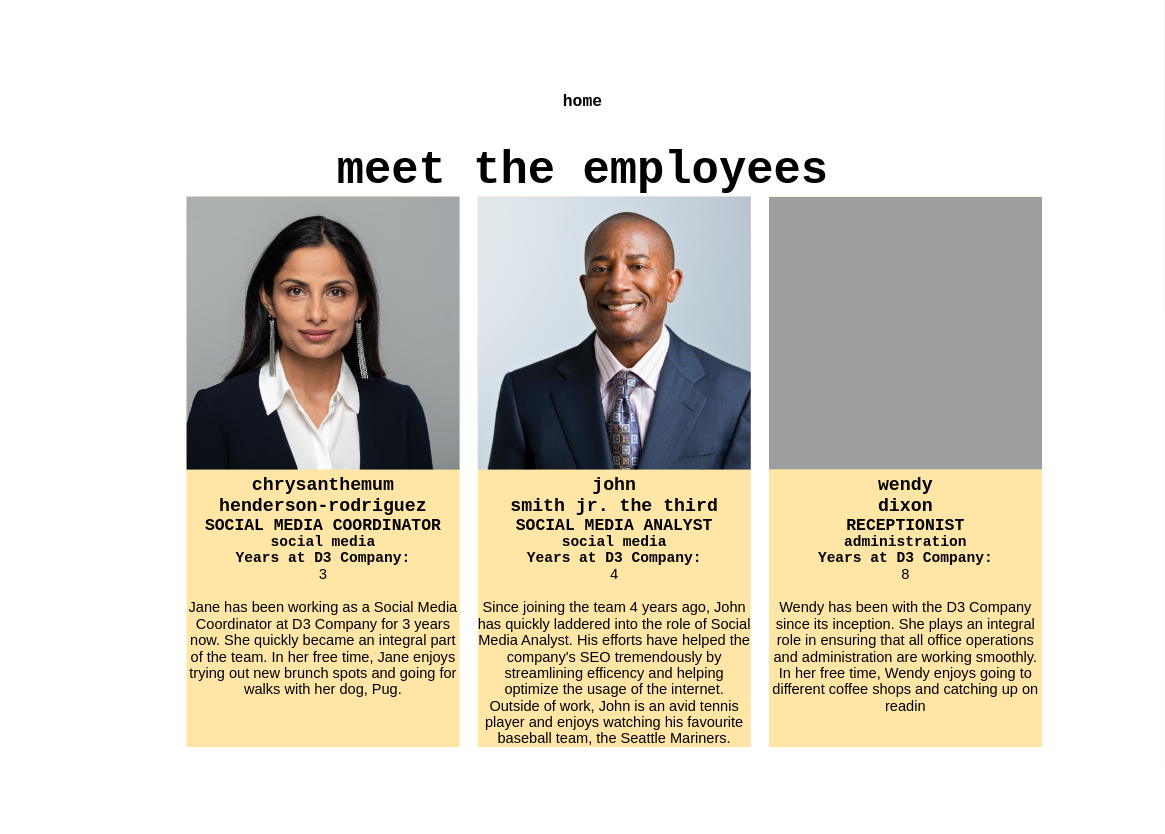
Repository: cheungglenda/MDIA2109-Week3
Page: /about
The author's editor kept a copy of each file at every save. The page is drawn from the files as they stood at one save, then again after the next save.
The browser window is 1280 px wide. The pictures show the whole page, at 91% of full size.
Pictures or frames that could not be fetched are drawn as grey boxes. The project was rebuilt for these pictures with package versions that can differ from the ones it lists, and the page was loaded fresh each time. The framework's server and built-in components were replaced by stand-ins that run in the browser. Also part of the build but not shown: next.config.js.

Above is the page before, as saved 2023-01-20 12:31:08.

### pages/about.js
import Head from 'next/head'
import { Inter } from '@next/font/google'
import styles from '@/styles/Home.module.css'
import aboutData from '../data/about.json'
import { useState } from 'react'
import EmployeeCard  from '../components/EmployeeCard'
import Link from 'next/link'

export default function About() {

    const [aboutEmployees, setAboutEmployees] = useState([...aboutData])
    console.log(aboutData)
    return (
   <>
      <Head>
        <title>About Page</title>
        <meta name="description" content="Meet the Employees" />
        <meta name="viewport" content="width=device-width, initial-scale=1" />
        <link rel="icon" href="/favicon.ico" />
      </Head>
      <main className={styles.main}>
      <Link href="/" className={styles.links}>Home</Link>

      <div className={styles.meetTitle}>Meet the Employees</div>

        <div className={styles.grid}>
          <div className={styles.employees}>
          {aboutEmployees && aboutEmployees.map((info, index) => {
            if(info.firstName.toLowerCase() === "chrysanthemum") {
            return (
              <EmployeeCard
              key={index}
              firstname={info.firstName}
              lastname={info.lastName}
              jobtitle={info.jobTitle}
              department={info.department}
              yearsworked={info.yearsWorked}
              description={info.description}
              color="#FFE6A7" font="16px"/>
            )
          }
          })}

          {aboutEmployees && aboutEmployees.map((info, index) => {
            if(info.firstName.toLowerCase() === "john") {
            return (
              <EmployeeCard
              key={index}
              firstname={info.firstName}
              lastname={info.lastName}
              jobtitle={info.jobTitle}
              department={info.department}
              yearsworked={info.yearsWorked}
              description={info.description}
              color="#FFE6A7" font="16px"/>
            )
          }
          })}

          {aboutEmployees && aboutEmployees.map((info, index) => {
            if(info.firstName.toLowerCase() === "wendy") {
            return (
              <EmployeeCard
              key={index}
              firstname={info.firstName}
              lastname={info.lastName}
              jobtitle={info.jobTitle}
              department={info.department}
              yearsworked={info.yearsWorked}
              description={info.description}
              color="#FFE6A7" font="16px"/>
            )
          }
          })}
          </div>
        </div>
      </main>
    </>
  )
}

### styles/Home.module.css
.main {
  display: flex;
  flex-direction: column;
  justify-content: space-between;
  align-items: center;
  padding: 6rem;
  font-family:arial;
  min-height: 100vh;
  background-color: rgb(255, 255, 255);
}

.links {
  display: flex;
  padding-top:5px;
  margin-bottom:3%;
  justify-content: center;
  align-items: center;
  font-size: 18px;
  max-width: var(--max-width);
  width: 100%;
  font-weight:900;
  font-family: 'Courier New', Courier, monospace;
  text-transform:lowercase;
  padding-bottom:5px;
}

.description {
  display: inherit;
  justify-content: inherit;
  align-items: inherit;
  font-size: 15px;
  max-width: var(--max-width);
  width: 100%;
  font-family: var(--font-mono);
}

.description a {
  display: flex;
  justify-content: center;
  align-items: center;
  gap: 0.5rem;
}

.description p {
  position: relative;
  margin: 0;
  padding: 1rem;
  background-color: rgba(var(--callout-rgb), 0.5);
  border: 1px solid rgba(var(--callout-border-rgb), 0.3);
  border-radius: var(--border-radius);
}

.code {
  font-weight: 700;
  font-family: var(--font-mono);
}

.meetTitle {
  font-size: 50px;
  font-weight:700;
  text-transform:lowercase;
  font-family:'Courier New', Courier, monospace;
  text-align:center;
}

.grid {
  display: flex;
  justify-content:center;
  width: var(--max-width);
  max-width: 100%;
  align-items:center;
  flex: 1;
}

.card {
  padding: 1rem 1.2rem;
  border-radius: var(--border-radius);
  background: rgba(var(--card-rgb), 0);
  border: 1px solid rgba(var(--card-border-rgb), 0);
  transition: background 200ms, border 200ms;
}

.card span {
  display: inline-block;
  transition: transform 200ms;
}

.info {
  font-family:Arial, Helvetica, sans-serif;
}

.card h2 {
  font-weight: 600;
  margin-bottom: 0.7rem;
}

.card p {
  margin: 0;
  opacity: 0.6;
  font-size: 0.9rem;
  line-height: 1.5;
  max-width: 30ch;
}


.employees {
  display:flex;
  gap:20px;
  width: 80%;
  text-align:center;
  font-family:'Courier New', Courier, monospace;
}

.center {
  display: flex;
  justify-content: center;
  align-items: center;
  position: relative;
  padding: 4rem 0;
}

.center::before {
  background: var(--secondary-glow);
  border-radius: 50%;
  width: 480px;
  height: 360px;
  margin-left: -400px;
}

.center::after {
  background: var(--primary-glow);
  width: 240px;
  height: 180px;
  z-index: -1;
}

.center::before,
.center::after {
  content: '';
  left: 50%;
  position: absolute;
  filter: blur(45px);
  transform: translateZ(0);
}

.logo,
.thirteen {
  position: relative;
}

.thirteen {
  display: flex;
  justify-content: center;
  align-items: center;
  width: 75px;
  height: 75px;
  padding: 25px 10px;
  margin-left: 16px;
  transform: translateZ(0);
  border-radius: var(--border-radius);
  overflow: hidden;
  box-shadow: 0px 2px 8px -1px #0000001a;
}

.thirteen::before,
.thirteen::after {
  content: '';
  position: absolute;
  z-index: -1;
}

/* Conic Gradient Animation */
.thirteen::before {
  animation: 6s rotate linear infinite;
  width: 200%;
  height: 200%;
  background: var(--tile-border);
}

/* Inner Square */
.thirteen::after {
  inset: 0;
  padding: 1px;
  border-radius: var(--border-radius);
  background: linear-gradient(
    to bottom right,
    rgba(var(--tile-start-rgb), 1),
    rgba(var(--tile-end-rgb), 1)
  );
  background-clip: content-box;
}

/* Enable hover only on non-touch devices */
@media (hover: hover) and (pointer: fine) {
  .card:hover {
    background: rgba(var(--card-rgb), 0.1);
    border: 1px solid rgba(var(--card-border-rgb), 0.15);
  }

  .card:hover span {
    transform: translateX(4px);
  }
}

@media (prefers-reduced-motion) {
  .thirteen::before {
    animation: none;
  }

  .card:hover span {
    transform: none;
  }
}

/* Mobile */
@media (max-width: 700px) {
  .content {
    padding: 4rem;
  }

  .grid {
    grid-template-columns: 1fr;
    margin-bottom: 120px;
    max-width: 320px;
    text-align: center;
  }

  .card {
    padding: 1rem 2.5rem;
  }

  .card h2 {
    margin-bottom: 0.5rem;
  }

  .center {
    padding: 8rem 0 6rem;
  }

  .center::before {
    transform: none;
    height: 300px;
  }

  .description {
    font-size: 0.8rem;
  }

  .description a {
    padding: 1rem;
  }

  .description p,
  .description div {
    display: flex;
    justify-content: center;
    position: fixed;
    width: 100%;
  }

  .description p {
    align-items: center;
    inset: 0 0 auto;
    padding: 2rem 1rem 1.4rem;
    border-radius: 0;
    border: none;
    border-bottom: 1px solid rgba(var(--callout-border-rgb), 0.25);
    background: linear-gradient(
      to bottom,
      rgba(var(--background-start-rgb), 1),
      rgba(var(--callout-rgb), 0.5)
    );
    background-clip: padding-box;
    backdrop-filter: blur(24px);
  }

  .description div {
    align-items: flex-end;
    pointer-events: none;
    inset: auto 0 0;
    padding: 2rem;
    height: 200px;
    background: linear-gradient(
      to bottom,
      transparent 0%,
      rgb(var(--background-end-rgb)) 40%
    );
    z-index: 1;
  }
}

/* Tablet and Smaller Desktop */
@media (min-width: 701px) and (max-width: 1120px) {
  .grid {
    grid-template-columns: repeat(2, 50%);
  }
}

@media (prefers-color-scheme: dark) {
  .vercelLogo {
    filter: invert(1);
  }

  .logo,
  .thirteen img {
    filter: invert(1) drop-shadow(0 0 0.3rem #ffffff70);
  }
}

@keyframes rotate {
  from {
    transform: rotate(360deg);
  }
  to {
    transform: rotate(0deg);
  }
}

### data/about.json
[
    {
        "firstName": "Chrysanthemum",
        "lastName": "Henderson-Rodriguez",
        "department": "Social Media",
        "jobTitle": "Social Media Coordinator",
        "yearsWorked": 3,
        "description": "Jane has been working as a Social Media Coordinator at D3 Company for 3 years now. She quickly became an integral part of the team. In her free time, Jane enjoys trying out new brunch spots and going for walks with her dog, Pug."
    },
    {
        "firstName": "John",
        "lastName": "Smith Jr. the Third",
        "department": "Social Media",
        "jobTitle": "Social Media Analyst",
        "yearsWorked": 4,
        "description": "Since joining the team 4 years ago, John has quickly laddered into the role of Social Media Analyst. His efforts have helped the company's SEO tremendously by streamlining efficency and helping optimize the usage of the internet. Outside of work, John is an avid tennis player and enjoys watching his favourite baseball team, the Seattle Mariners."

    },
    {
        "firstName": "Wendy",
        "lastName": "Dixon",
        "department": "Administration",
        "jobTitle": "Receptionist",
        "yearsWorked": 8,
        "description": "Wendy has been with the D3 Company since its inception. She plays an integral role in ensuring that all office operations and administration are working smoothly. In her free time, Wendy enjoys going to different coffee shops and catching up on readin"

    }
]

### components/EmployeeCard/index.js
export default function EmployeeCard({
    firstname = "none",
    lastname = "none",
    department = "none",
    jobtitle = "none",
    yearsworked = 0,
    description = "none",
    color = "pink",
    font = "O",
    image = "icon/personTwo.png"
}) {
    return (
        <div style={{backgroundColor: color, fontSize: 16}}>
            {
                firstname === "Chrysanthemum" ? <img style={{objectFit: "cover"}} src={'headshots/photo3.jpeg'} width="300" height="300"/> :
                firstname === "John" ? <img style={{objectFit: "cover"}} src={'headshots/photo1.jpeg'} width="300" height="300"/> :
                firstname === "Wendy" ? <img style={{objectFit: "cover"}} src={'headshots/photo2.jpeg'} width="300" height="300"/> :
                <img src={image} width="300"/>
            }

            <h1 style={{textTransform: "lowercase", fontSize: 20}}>{firstname}</h1>
            <h1 style={{textTransform: "lowercase", fontSize: 20}}>{lastname}</h1>
            <h2 style={{fontFamily:"'Courier New', Courier, monospace", textTransform: "uppercase", fontSize: 18}}>{jobtitle}</h2>
            <h3 style={{fontFamily:"'Courier New', Courier, monospace", textTransform: "lowercase", fontSize: 16, fontweight:500}}>{department}</h3>
            <h4 style={{}}>Years at D3 Company:</h4>{yearsworked}<br></br><br></br>
            <p style={{fontFamily: "Arial, Helvetica, sans-serif"}}>{description}</p>
        </div>
    )
}

Loaded but not shown: pages/_app.js (common file); pages/_document.js (common file); styles/globals.css (common file)

After the next save:
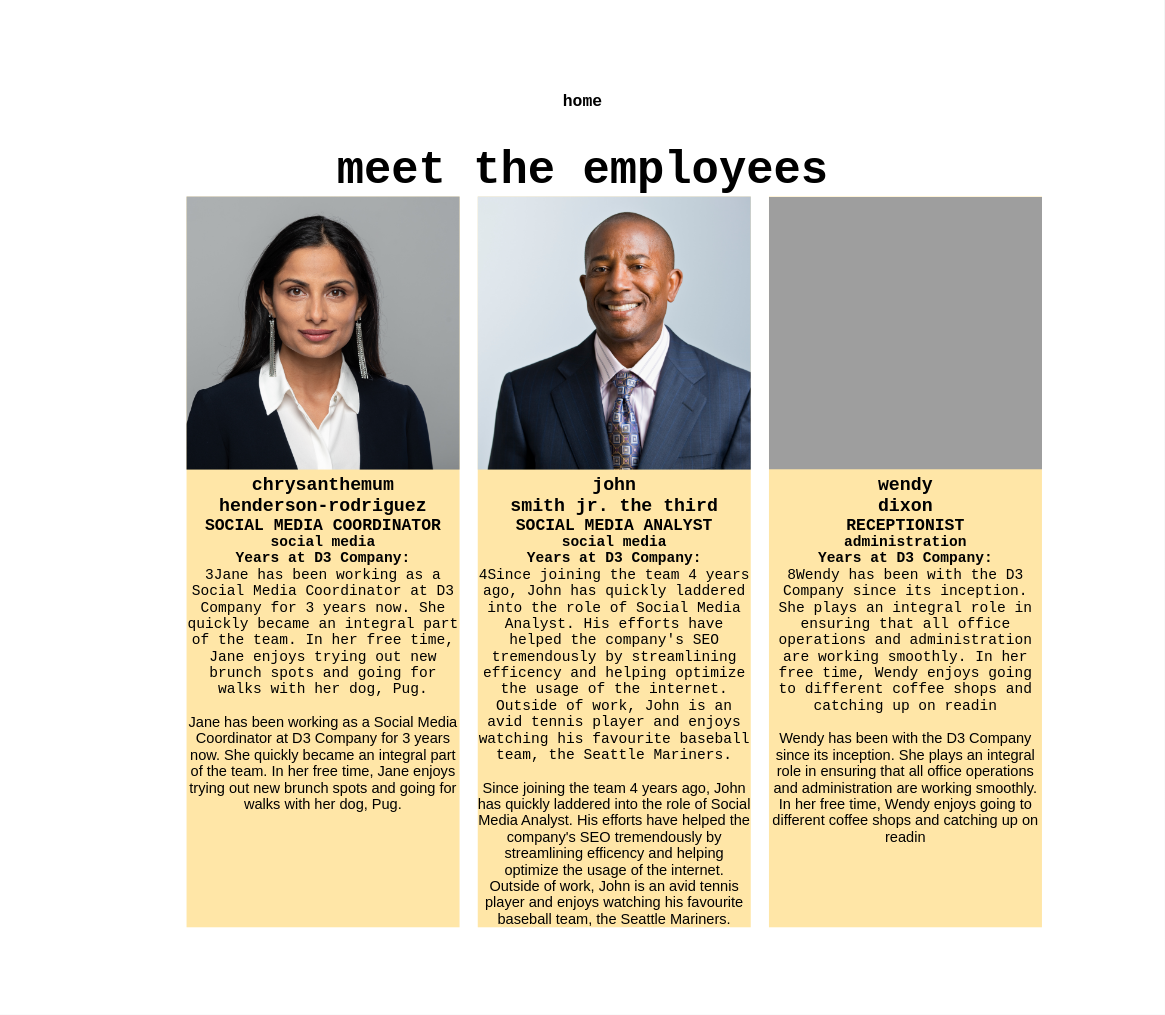
Saved 2 min 38 s later.
--- a/components/EmployeeCard/index.js
+++ b/components/EmployeeCard/index.js
@@ -22,7 +22,7 @@
             <h1 style={{textTransform: "lowercase", fontSize: 20}}>{lastname}</h1>
             <h2 style={{fontFamily:"'Courier New', Courier, monospace", textTransform: "uppercase", fontSize: 18}}>{jobtitle}</h2>
             <h3 style={{fontFamily:"'Courier New', Courier, monospace", textTransform: "lowercase", fontSize: 16, fontweight:500}}>{department}</h3>
-            <h4 style={{}}>Years at D3 Company:</h4>{yearsworked}<br></br><br></br>
+            <h4 style={{}}>Years at D3 Company:</h4>{yearsworked}{description}<br></br><br></br>
             <p style={{fontFamily: "Arial, Helvetica, sans-serif"}}>{description}</p>
         </div>
     )

After the save that followed:
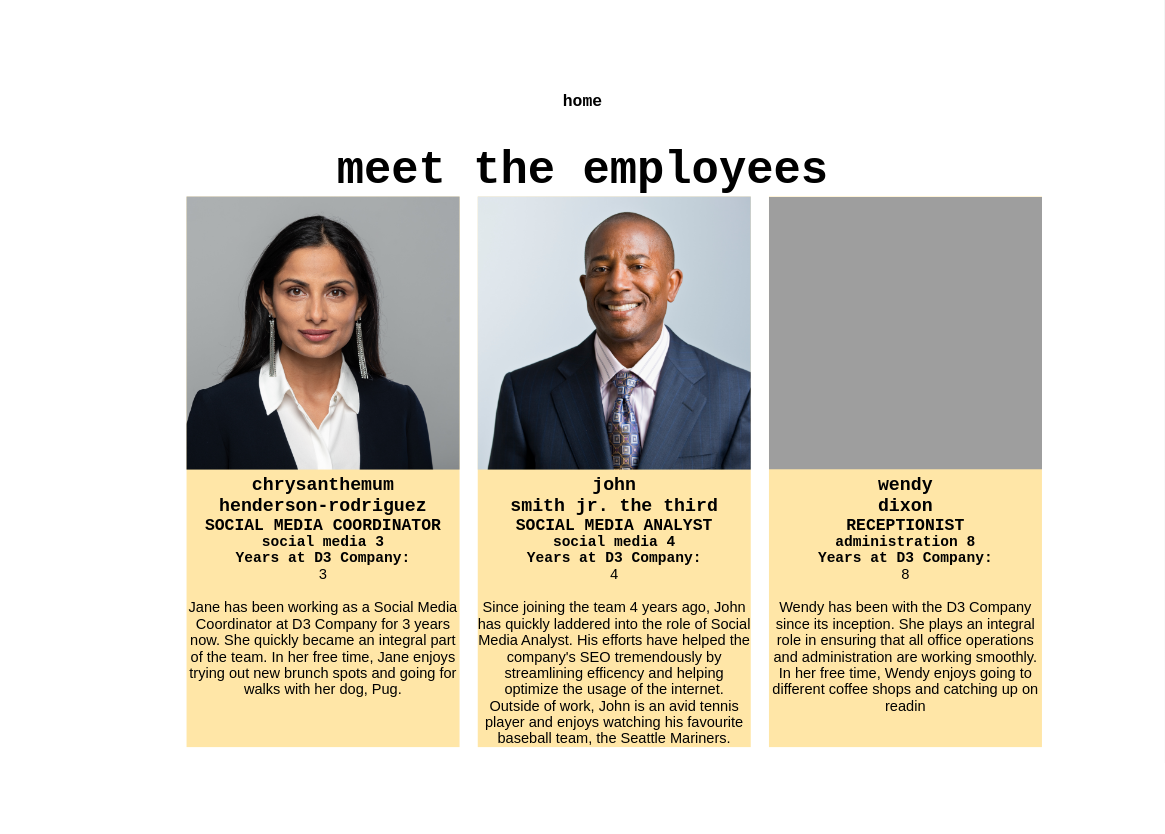
Saved 14 s later.
--- a/components/EmployeeCard/index.js
+++ b/components/EmployeeCard/index.js
@@ -21,8 +21,8 @@
             <h1 style={{textTransform: "lowercase", fontSize: 20}}>{firstname}</h1>
             <h1 style={{textTransform: "lowercase", fontSize: 20}}>{lastname}</h1>
             <h2 style={{fontFamily:"'Courier New', Courier, monospace", textTransform: "uppercase", fontSize: 18}}>{jobtitle}</h2>
-            <h3 style={{fontFamily:"'Courier New', Courier, monospace", textTransform: "lowercase", fontSize: 16, fontweight:500}}>{department}</h3>
-            <h4 style={{}}>Years at D3 Company:</h4>{yearsworked}{description}<br></br><br></br>
+            <h3 style={{fontFamily:"'Courier New', Courier, monospace", textTransform: "lowercase", fontSize: 16, fontweight:500}}>{department} {yearsworked}</h3>
+            <h4 style={{}}>Years at D3 Company:</h4>{yearsworked}<br></br><br></br>
             <p style={{fontFamily: "Arial, Helvetica, sans-serif"}}>{description}</p>
         </div>
     )
